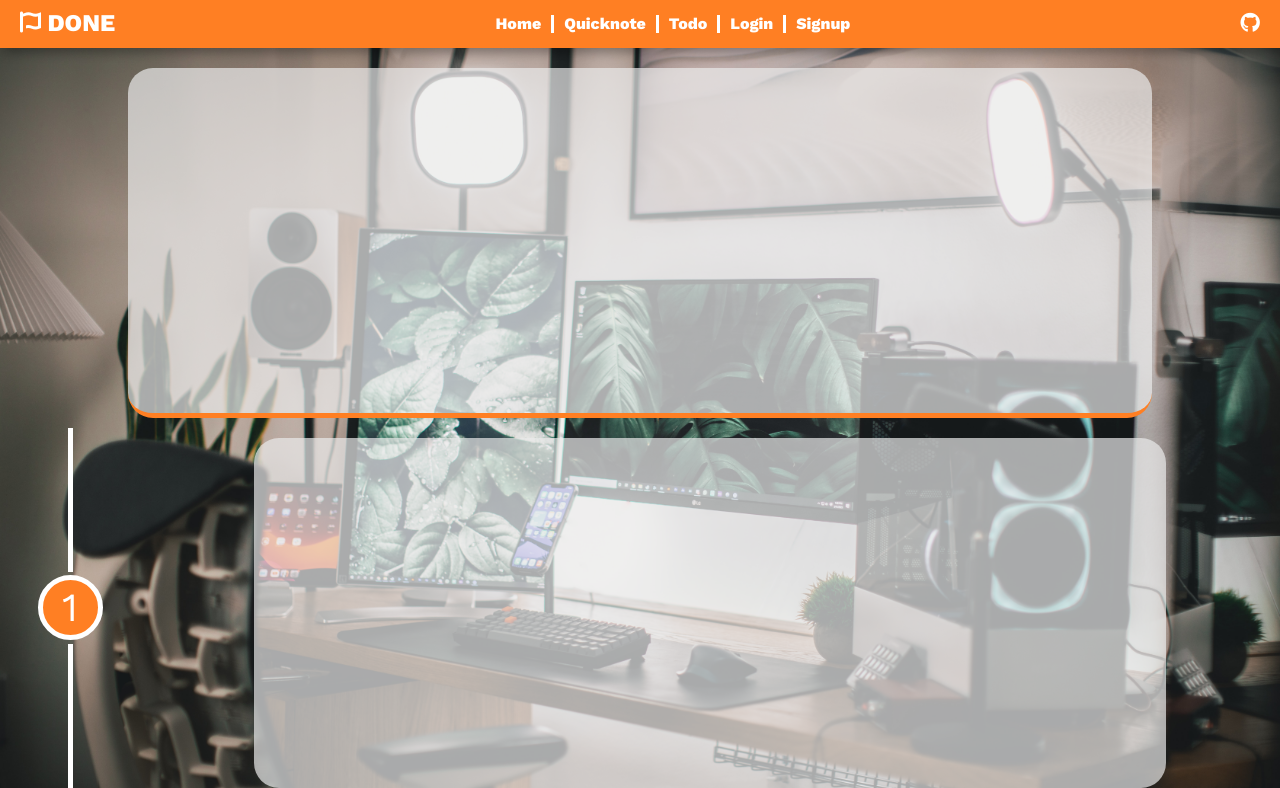
Repository: OmarEssameldinMousa/DONE
Page: quicknote.html
These files come from the project's save history. The page is drawn as it stood at one moment and after the next save; the edit follows.
The browser window is 1280 px wide. The pictures show the whole page.
Backgrounds fixed to the window are drawn as part of the page. Some web fonts or font styles are not loaded; a fallback is used.

Above is the page before, as saved 2023-12-18 00:50:35.

### quicknote.html
<!DOCTYPE html>
<html lang="en">

<head>
    <meta charset="UTF-8">
    <meta http-equiv="X-UA-Compatible" content="IE=edge">
    <meta name="viewport" content="width=device-width, initial-scale=1.0">
    <title>My Challenges</title>
    <!-- Render All Elements Normally -->
    <link rel="stylesheet" href="css/normalize.css">
    <!-- Font Awesome Library -->
    <link rel="stylesheet" href="css/all.min.css">
    <!-- Main Template CSS File -->
    <link rel="stylesheet" href="CSS/styles.css">
    <link rel="stylesheet" href="css/challenges.css">
    <!-- Google Fonts -->
    <link rel="preconnect" href="https://fonts.googleapis.com">
    <link rel="preconnect" href="https://fonts.gstatic.com" crossorigin>
    <link
        href="https://fonts.googleapis.com/css2?family=Kablammo&family=VT323&family=Work+Sans:wght@200;300;400;500;600;800&display=swap"
        rel="stylesheet">
    <link rel="preconnect" href="https://fonts.googleapis.com" />
    <link rel="preconnect" href="https://fonts.gstatic.com" crossorigin />
    <link href="https://fonts.googleapis.com/css2?family=Cairo:wght@300;400;700&display=swap" rel="stylesheet" />
</head>

<body>
    <header>
        <nav>
            <!-- Logo with Font Awesome Icon -->
            <div class="logo">
                <i class="fab fa-font-awesome-flag"></i> DONE
            </div>

            <!-- Left-side Navigation Links -->
            <ul class="navlist">
                <li><a href="index.html">Home</a></li>
                <li><a href="quicknote.html">Quicknote</a></li>
                <li><a href="mytasks.html">Todo</a></li>
                <li><a href="#">Login</a></li>
                <li><a href="#">Signup</a></li>
            </ul>

            <!-- Right-side GitHub Icon -->
            <div class="github-icon">
                <a rel="" href="https://github.com/yourusername" target="_blank">
                    <i class="fab fa-github" style="color: white;"></i>
                </a>
            </div>
        </nav>
    </header>

    <div class="addnote">
        <div class="ch_" style="margin: 0px;
        height: auto;">
            <div class="container1 container1addnote">
            </div>
        </div>
    </div>

    <div class="Challenges-website">

        <div class="bar">
            <div class="repated-line-circle">
                <div class="line-circle">
                    <div class="upper-line">
                    </div>
                    <a href="https://elzero.org/frontend-card-with-transparent-img/" target="_self">
                        <div class="circle">
                            <p>1</p>
                        </div>
                    </a>
                    <div class="lower-line"></div>
                </div>
            </div>
        </div>

        <div class="challenges">
            <div class="ch_">
                <div class="container1">
                </div>
            </div>
        </div>

    </div>
</body>

</html>

### CSS/styles.css
/* Start Variables */
:root{
    --main-color: rgba(235, 235, 235, 0.6);
    --secondery-color: #ff7f23;
    --third-color:#333;
}
/* End Variables */
/* Special Heading */
.special-heading{
    color: #ebeced;
    font-size: 100px;
    text-align: center;
    font-weight: 800;
    letter-spacing: -3px;
    margin: 0;

}
.special-heading + p{
    margin-top: -30px;
    text-align: center;
    font-size: 20px;
    color: #797979;
}
/* End Special Heading */
/* Start Global Rules */
*{
    -webkit-box-sizing: border-box;
    -moz-box-sizing: border-box;
    box-sizing: border-box;
}

body{

    font-family: 'Kablammo', cursive;
    font-family: 'Work Sans', sans-serif;
    background-color: #797979;

}

.container{
    padding-left: 15px;
    padding-right: 15px;
    margin-left: auto;
    margin-right: auto;
    background-color: #fff;
    margin: auto;
    width: 600px;
}

/*very small screens*/
@media (max-width: 767px){
    .container{
        .special-heading{
            font-size: 60px;
        }
        .special-heading + p{
            margin-top: -20px;
        }

        .landing{
            flex-direction: column;
            text-align: center;
        }
    }
    .navlist{
        display: none;
    }


}
/*small screens*/
@media (min-width: 768px){
    .container{
        width: 750px;
    }
}
/*Medium screens*/
@media (min-width: 992px){
    .container{
        width: 970px;
    }
}
/*Large screens*/
@media (min-width: 1200px){
    .container{
        width: 1170px;
    }
}
/* End Global Rules */


html{
    scroll-behavior: smooth;
}
/* navigation bar */

nav {
    background-color:  var(--secondery-color);
    color: white;
    display: flex;
    align-items: center;
    justify-content: space-between;
    padding: 10px 20px;
    box-shadow: 5px 5px 10px rgba(0, 0, 0, 0.3);
}
nav ul {
    list-style: none;
    margin: 0;
    padding: 0;
    display: flex;
}
nav ul li {
    margin-right: 10px;
    font-weight: bold;
}
nav ul li:not(:last-child) {
    border-right: solid 3px white;
    padding-right: 10px;
}
nav ul li a {
    text-decoration: none;
    color: white;
}
nav ul li a:hover {
    color: var(--main-color); /* Change color on hover */
}
.logo {
    font-size: 24px;
    font-weight: bold;
}
.github-icon {
    font-size: 20px;
    color: white;
}

.heading{
    display: flex;
    align-items: center;
    justify-content: center;
    margin-top: 50px;
    height: auto;
}

.landing{
    width: 100%;

    background-color: none;
    display: flex;
    flex-direction: row;

}

.landing h1{
    color: var(--secondery-color);
    font-size: 50px;
    font-weight: 900;
    padding: 30px;
}
.landing p{
    font-size: 20px;
}
.landing .logoimage img{
    width: 400px;
    position: relative;
    animation: topdown 2s ease-in-out infinite;
}

.landing .landingtext .buttons{
    margin: 30px;
    top: 150px;
}
@keyframes topdown {
    0%, 100% {
        top: 0; /* Starting and ending position (top) */
    }
    50% {
        top: 5px; /* Middle position (top) */
    }
}


.explore{
    height: auto;
    text-align: center;
    display: block;
    padding: 10px;
    transition: 0.3s;
    width: min-content;
    margin: 30px auto ;
}
.explore a,
.explore h1{
    color: var(--secondery-color);
    font-weight: 900;
    transform: 0.3s;
    text-decoration: none;
}

.landing .logoimage{
    position: relative;
}
.explore a:hover,
.explore:hover{
    background-color:var(--secondery-color);
    border-radius: 20px;
    color: #ebeced;
    cursor: pointer;
}



/* to do demo */
.tododemo{
    height: 100vh;
    background-color: var(--secondery-color);
    box-shadow: rgba(0, 0, 0, 0.3) 0px -4px 20px 9px;

}

### CSS/challenges.css
* {
    -webkit-box-sizing: border-box;
    -moz-box-sizing: border-box;
    box-sizing: border-box;
    padding: 0;
    margin: 0;
}
a {
    text-decoration: none;
    color: black;
}
ul {
    list-style: none;
    margin: 0;
    padding: 0;
}
html {
    scroll-behavior: smooth;
}
body {
    /* background-image: linear-gradient(90deg, #ff7f23  , rgba(235, 235, 235, 0.6)  ); */
    background-image: url(../images/backgroundimage.jpg);
    background-size: cover;
    background-repeat: no-repeat;
    background-attachment: fixed;
}
@media (max-width: 767px){
    body{
        background-image: url(../images/ben-kolde-bs2Ba7t69mM-unsplash.jpg)
    }
    .bar{
        display: none;
    }
    /* .challenges .container1{
        width: 400px;
    }*/
    .ch_:hover .container1{
        width: calc(50%);
        height: 550px;
        background-color: rgba(211, 211, 211, 0.6);
    }

}
/*small screens*/
@media (min-width: 768px){
    /* .container1{
        width: 600px;
    } */
}
/*Medium screens*/
@media (min-width: 992px){
    /* .container1{
        width: 800px;
    } */
}
/*Large screens*/
@media (min-width: 1200px){
    /* .container1{
        width: 1000px;
    } */
}
.Challenges-website{
    display: flex;


}
/*start bar*/
.Challenges-website .bar{
    width: 140px;
    padding: 0 67.5px;
    height: auto;
}
.Challenges-website .bar .repated-line-circle{
    width: 5px;
    height: 100%;
}
.Challenges-website .bar .line-circle{
    display: flex;
    flex-direction: column;
    width: 100%;
    height: 100%;
    justify-content: space-between;
    align-items: center;
}
.Challenges-website .bar .line-circle .upper-line{
    width: 100%;
    height: 40%;
    background-color: white;
}
.Challenges-website .bar .line-circle .circle{
    width: 65px;
    height: 65px;
    background-color: #ff7f23;
    border-radius: 50%;
    text-align: center;
    position: relative;
    transition: 0.3s;
    border: 5px solid white;
}
.Challenges-website .bar:hover .circle{
    width: 110px;
    height: 110px;
    border-radius: 40%;

}
.Challenges-website .bar:hover .circle + p{
    font-size: 70px;
    color: white
}
.Challenges-website .bar .line-circle .circle p{
    position: absolute;
    left: 50%;
    top: 50%;
    transform: translate(-50%, -50%);
    font-size: 40px;
    color: white;
}
.line-circle .circle p a{
    text-decoration: none;
}
.Challenges-website .bar .line-circle .lower-line{
    width: 5px;
    height: 40%;
    background-color: white;
}
/*end bar*/
/* start challenges*/
.Challenges-website .challenges{
    display: flex;
    flex: 1;
    justify-content: center;
    background-color: transparent;
    flex-direction: column;
    height: auto;
}
.ch_{
    height: auto;
    padding-top: 10px;
    position: relative;
}

.container1{
    background-color: rgba(235, 235, 235, 0.694);
    width: 80%;
    height: 350px;
    margin: 0px auto;
    border-radius: 25px;
    border-width: 0;
    transition: 0.3s;
    position: relative;
}
.ch_:hover .container1{
    width: calc(80% + 20px);
    height: 360px;
    background-color: rgba(211, 211, 211, 0.6);
}


.container1addnote{
    border-bottom: #ff7f23 solid 5px;
    margin: 10px auto;

}

/* ---------------------------------------------------------------------------------------- */

Loaded but not shown: CSS/normalize.css (library); CSS/all.min.css (library)

After the next save:
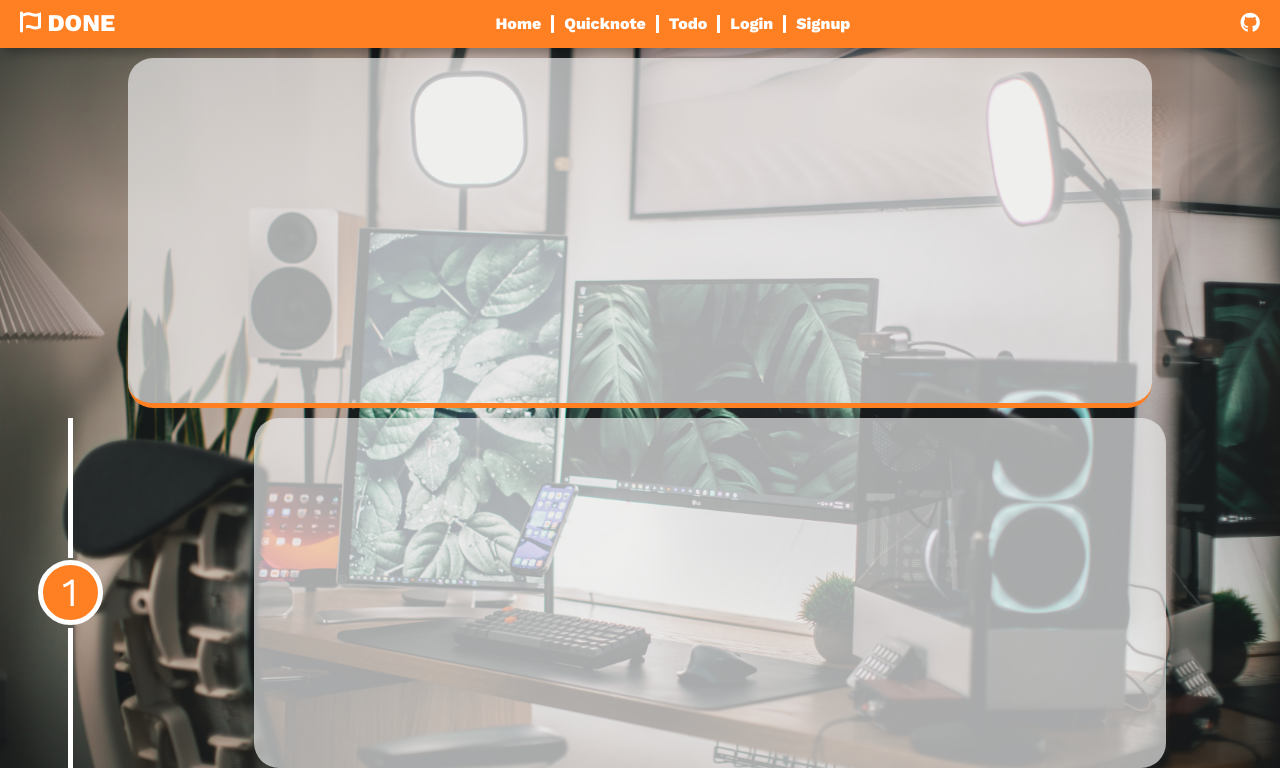
Saved 53 s later.
--- a/CSS/challenges.css
+++ b/CSS/challenges.css
@@ -135,7 +135,7 @@ body {
 }
 .ch_{
     height: auto;
-    padding-top: 10px;
+    padding-top: 0px;
     position: relative;
 }
 
